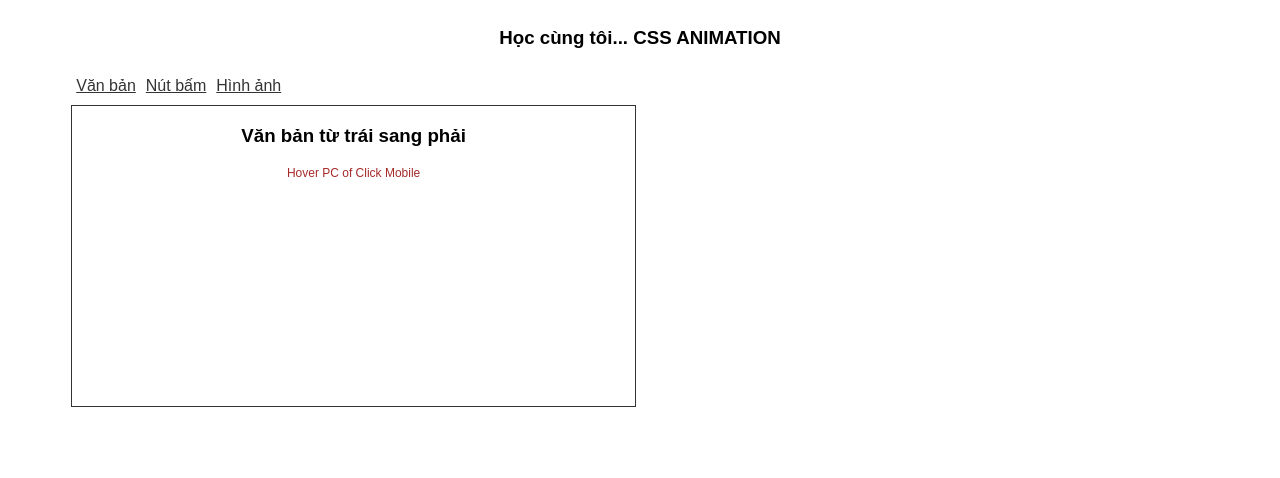
Repository: phuchoa2001/cssanimationNextjs
Page: /
An editor plug-in stored every save of this project. The page is shown before and after a run of saves, followed by the edit.
The browser window is 1280 px wide. The pictures show the whole page.
The project was rebuilt for these pictures with package versions that can differ from the ones it lists, and the page was loaded fresh each time. The framework's server and built-in components were replaced by stand-ins that run in the browser. Also part of the build but not shown: next.config.js.

Above is the page before, as saved 2022-09-14 18:23:49.

### pages/index.js
import Link from "next/link";

import Item from "../components/Item/Item";
import Search from "../components/Search/Search";

export default function Home({ products }) {
  return (
    <div className="App" id="app">
      <div className='wrapper' >
        <div className="header">
          <h3 className='text'>Học cùng tôi... CSS ANIMATION</h3>
          <Search />
        </div>
        <div className='listLink'>
          <a href="#text" className='link'>Văn bản</a>
          <a href="#button" className='link'>Nút bấm</a>
          <a href="#image" className='link'>Hình ảnh</a>
        </div>
        <div className="list">
          <Item />
        </div>
      </div>
    </div>
  );
}

/**
 * Get all of the posts and pass it as the "posts" prop
 */
// export async function getStaticProps() {
//   const res = await fetch("https://6321206282f8687273ad17ab.mockapi.io/test/products");
//   const products = await res.json();
//   return { props: { products } };
// }

### styles/globals.css
html {
  scroll-behavior: smooth;
}
body {
  font-family: sans-serif;
}
.wrapper {
  width: 90%;
  margin: 0 auto;
}
.list {
  display: grid;
  grid-template-columns: repeat(2, 1fr);
  gap: 8px;
}
.components {
  border: 1px solid #333;
  height: 300px;
}
.text {
  text-align: center;
}
.header {
  display: flex;
  width: 100%;
  justify-content: center;
  flex-direction: column;
  align-items: center;
}
.listLink {
  margin: 10px 0px;
}
.link {
  color: #333;
  margin: 0px 5px;
}
@media only screen and (max-width: 1023px) {
  .list {
    grid-template-columns: repeat(1, 1fr);
    gap: 8px;
  }
}

### components/Item/Item.jsx
import React from "react";
import styled from "styled-components";

const ItemStyles = styled.div`
  height: 300px;
  border: 1px solid rgb(51, 51, 51);
  .title {
    text-align: center;
  }
  .note {
    font-size: 12px;
    text-align: center;
    color: brown;
  }
`;

function Item() {
  return (
    <ItemStyles>
      <h3 className="title">Văn bản từ trái sang phải</h3>
      <p className="note">Hover PC of Click Mobile</p>
    </ItemStyles>
  );
}

export default Item;

### components/Search/Search.jsx
import React from "react";
import styled from "styled-components";
import { Input, Space } from "antd";

const SearchStyles = styled.div``;
function Search(props) {
  const handleSearch = (value) => {
    console.log("value", value);
  };
  return (
    <SearchStyles>
      {/* <Search
        placeholder="input search text"
        onSearch={handleSearch}
        enterButton
      /> */}
    </SearchStyles>
  );
}

export default Search;

Loaded but not shown: pages/_app.js (common file)

After the next 2 saves:
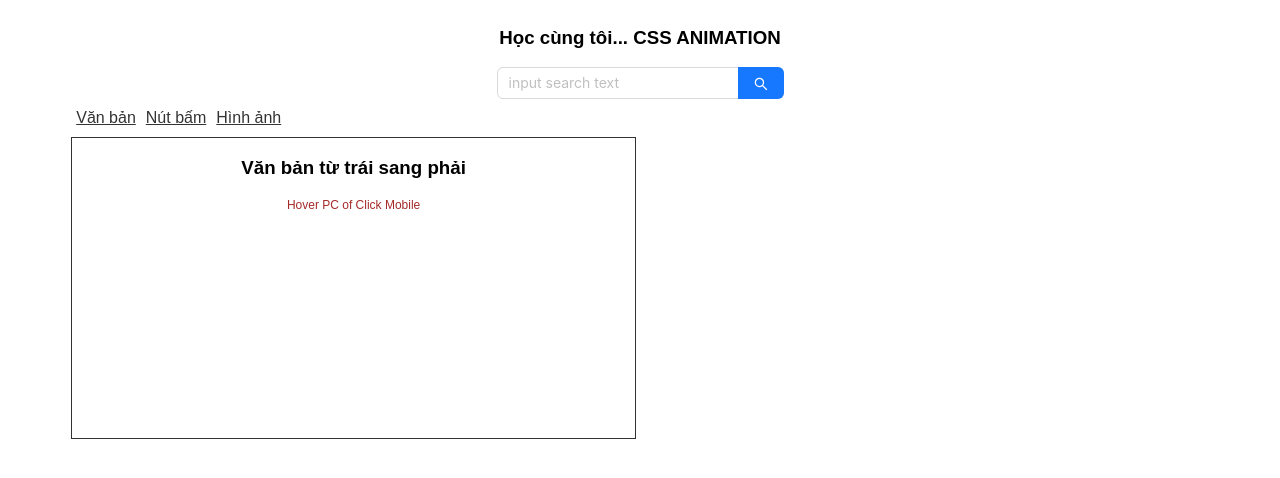
The 2 saves are shown as one change because 1 did not build or start.
The last was saved 81 s later.
--- a/components/Search/Search.jsx
+++ b/components/Search/Search.jsx
@@ -3,19 +3,20 @@ import styled from "styled-components";
 import { Input, Space } from "antd";
 
 const SearchStyles = styled.div``;
-function Search(props) {
+const { Search } = Input;
+function SearchComponent(props) {
   const handleSearch = (value) => {
     console.log("value", value);
   };
   return (
     <SearchStyles>
-      {/* <Search
+      <Search
         placeholder="input search text"
         onSearch={handleSearch}
         enterButton
-      /> */}
+      />
     </SearchStyles>
   );
 }
 
-export default Search;
+export default SearchComponent;
